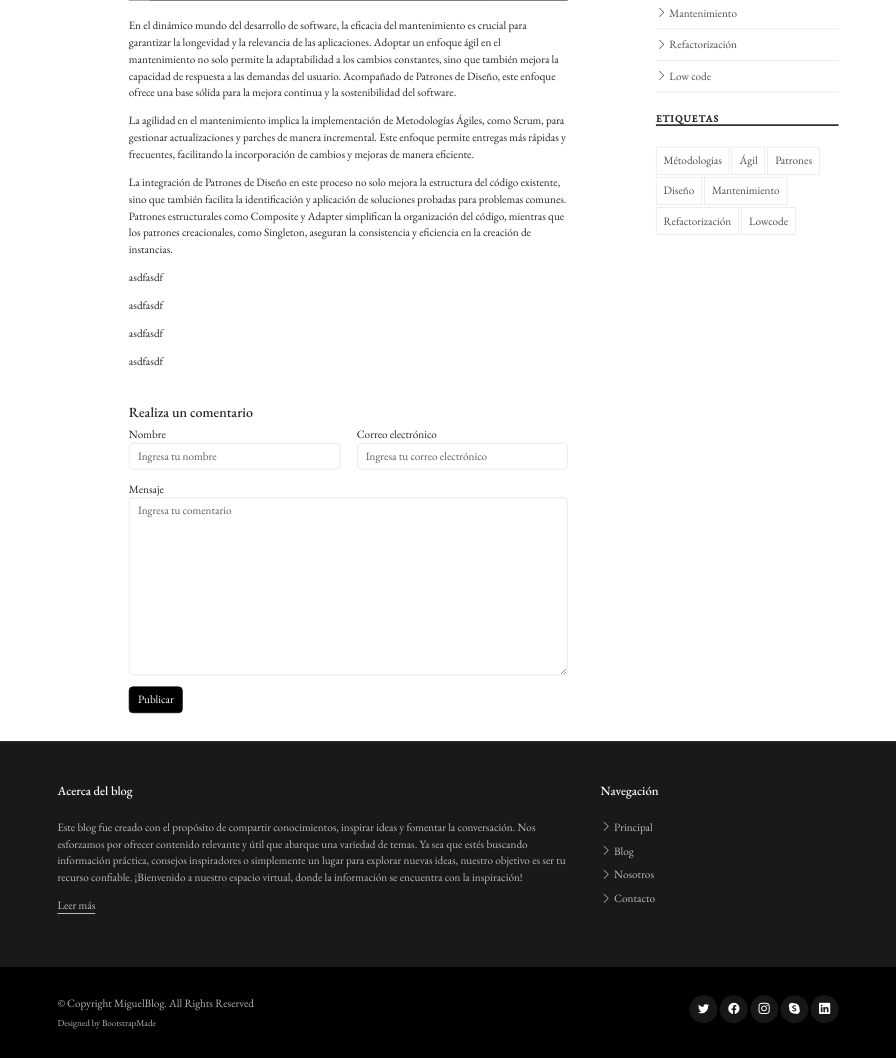
Repository: MiguelDev5/blog-miguel
Page: post-m.html
The author's editor kept a copy of each file at every save. The page is drawn from the files as they stood at one save, then again after the next save.
The browser window is 1280 px wide. The pictures show the part of the page from y = 744 to 2664 px (the page is 2256 px tall before and 2664 px after), at 70% of full size.
Some web fonts or font styles are not loaded; a fallback is used.

Above is the page before, as saved 2024-01-01 20:44:13.

After the next save:
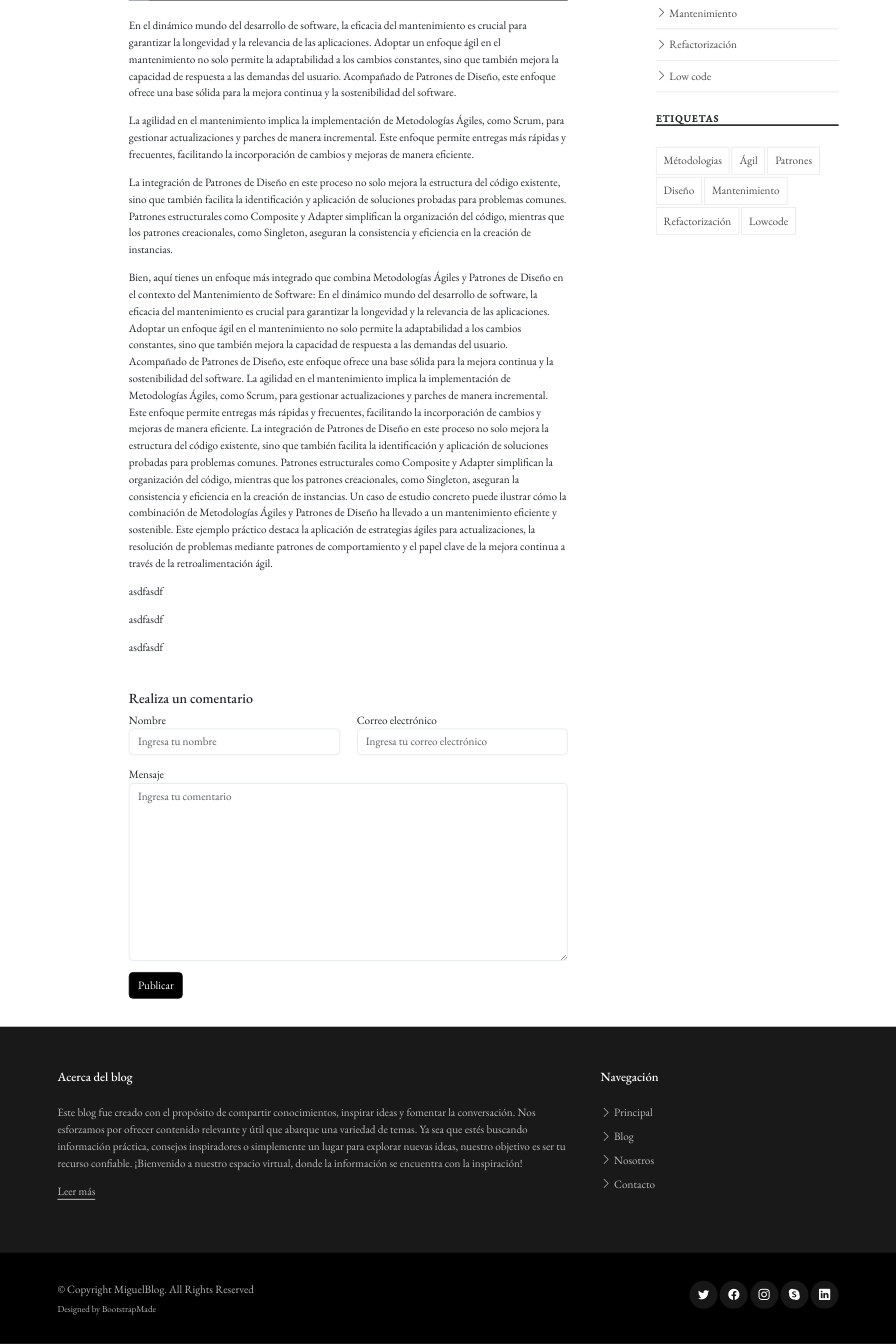
Saved 6 s later.
--- a/post-m.html
+++ b/post-m.html
@@ -101,7 +101,16 @@
               <p>En el dinámico mundo del desarrollo de software, la eficacia del mantenimiento es crucial para garantizar la longevidad y la relevancia de las aplicaciones. Adoptar un enfoque ágil en el mantenimiento no solo permite la adaptabilidad a los cambios constantes, sino que también mejora la capacidad de respuesta a las demandas del usuario. Acompañado de Patrones de Diseño, este enfoque ofrece una base sólida para la mejora continua y la sostenibilidad del software.</p>
               <p>La agilidad en el mantenimiento implica la implementación de Metodologías Ágiles, como Scrum, para gestionar actualizaciones y parches de manera incremental. Este enfoque permite entregas más rápidas y frecuentes, facilitando la incorporación de cambios y mejoras de manera eficiente.</p>
               <p>La integración de Patrones de Diseño en este proceso no solo mejora la estructura del código existente, sino que también facilita la identificación y aplicación de soluciones probadas para problemas comunes. Patrones estructurales como Composite y Adapter simplifican la organización del código, mientras que los patrones creacionales, como Singleton, aseguran la consistencia y eficiencia en la creación de instancias.</p>
-              <p>asdfasdf</p>
+              <p>
+                Bien, aquí tienes un enfoque más integrado que combina Metodologías Ágiles y Patrones de Diseño en el contexto del Mantenimiento de Software:
+
+                En el dinámico mundo del desarrollo de software, la eficacia del mantenimiento es crucial para garantizar la longevidad y la relevancia de las aplicaciones. Adoptar un enfoque ágil en el mantenimiento no solo permite la adaptabilidad a los cambios constantes, sino que también mejora la capacidad de respuesta a las demandas del usuario. Acompañado de Patrones de Diseño, este enfoque ofrece una base sólida para la mejora continua y la sostenibilidad del software.
+
+                La agilidad en el mantenimiento implica la implementación de Metodologías Ágiles, como Scrum, para gestionar actualizaciones y parches de manera incremental. Este enfoque permite entregas más rápidas y frecuentes, facilitando la incorporación de cambios y mejoras de manera eficiente.
+
+                La integración de Patrones de Diseño en este proceso no solo mejora la estructura del código existente, sino que también facilita la identificación y aplicación de soluciones probadas para problemas comunes. Patrones estructurales como Composite y Adapter simplifican la organización del código, mientras que los patrones creacionales, como Singleton, aseguran la consistencia y eficiencia en la creación de instancias.
+
+                Un caso de estudio concreto puede ilustrar cómo la combinación de Metodologías Ágiles y Patrones de Diseño ha llevado a un mantenimiento eficiente y sostenible. Este ejemplo práctico destaca la aplicación de estrategias ágiles para actualizaciones, la resolución de problemas mediante patrones de comportamiento y el papel clave de la mejora continua a través de la retroalimentación ágil.</p>
               <p>asdfasdf</p>
               <p>asdfasdf</p>
               <p>asdfasdf</p>
